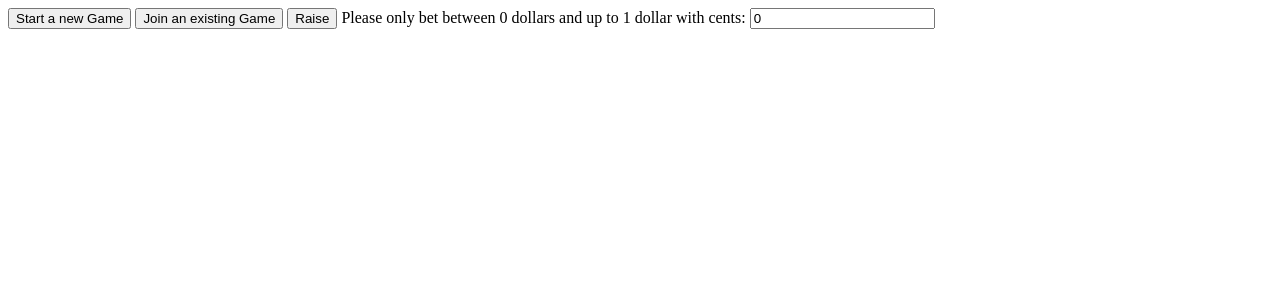
Repository: J2EEBeliever/ISA681_Poker2
Page: http://localhost/StrutsAjax/
The author's editor kept a copy of each file at every save. The page is drawn from the files as they stood at one save, then again after the next save.
The browser window is 1280 px wide. The pictures show the whole page.
The page is served by Tomcat 9. Nobody is signed in. The application's start-up code is not run. Other server files are loaded and not shown.

Above is the page before, as saved 2015-12-04 19:13:54.

### SOURCE/StrutsAjax/WebContent/index.jsp
<%@ page contentType="text/html; charset=UTF-8"%>
<%@ taglib prefix="s" uri="/struts-tags"%>
<html>
<head>
<title>Ajax in Struts</title>

<script language="javascript" type="text/javascript">

/*
 * Author: Linus Freeman
 *
 */


//Browser Support Code
function ajaxFunctionbk(){

	alert('executing ajaxFunction()');
	var ajaxRequest;  // The variable that makes Ajax possible!

	try{
		// Opera 8.0+, Firefox, Safari
		ajaxRequest = new XMLHttpRequest();
		alert('executing ajaxFunction() #10');

	} catch (e){
		// Internet Explorer Browsers

		alert('executing ajaxFunction() #20');

		try{
			ajaxRequest = new ActiveXObject("Msxml2.XMLHTTP");
		} catch (e) {
			try{
				ajaxRequest = new ActiveXObject("Microsoft.XMLHTTP");
			} catch (e){
				// Something went wrong
				alert("Your browser broke!");
				return false;
			}
		}

	}

	alert('executing ajaxFunction() #30');


	// Create a function that will receive data sent from the server
	ajaxRequest.onreadystatechange = function(){
		if(ajaxRequest.readyState == 4){
			var ajaxDisplay = document.getElementById('ajaxDiv');
			ajaxDisplay.innerHTML = ajaxRequest.responseText;
		}
	}
//	var age = document.getElementById('age').value;
//	var wpm = document.getElementById('wpm').value;
//	var sex = document.getElementById('sex').value;
//	var queryString = "?age=" + age + "&wpm=" + wpm + "&sex=" + sex;

	alert('executing ajaxFunction() #40');


var queryString = '?playerContent=yes';
	ajaxRequest.open("GET", 'ajaxLogicAction' + queryString, true);
	ajaxRequest.send(null);

	alert('executing ajaxFunction() #50');

}

</script>


<script src="js/jquery-1.6.2.js" type="text/javascript"></script>
<script type="text/javascript">

function joinGameNow(gamePlayer1UserName) {


	alert('#30 exuting javaScript Function joinGameNow(gamePlayer1UserName)');


	$.ajax({
		type : "POST",
		url : '${pageContext.request.contextPath}/joinGameNow.html?gamePlayer1UserName=' + gamePlayer1UserName ,
		success : function(response) {
			$('.result').html(response);
		}
	});

}

function playerContent() {

	alert('#10');


	$.ajax({
		type : "POST",
		url : '${pageContext.request.contextPath}/getPlayerTurn.html',
		success : function(response) {
			$('.result').html(response);
		}
	});
}

function raise() {

	alert('In method raise()');

	var betAmount_ = document.getElementById('betAmount');

	alert('betAmount = ' + betAmount_.value);

	var betAmountFloat_ = parseFloat(betAmount.value);

	if(betAmountFloat_ <0 || betAmountFloat_ > 1.00  ) {

		alert('Bet Amount muset be between 0 qne 1.00 dollers.');
		return;

	}


	$.ajax({
		type : "POST",
		url : '${pageContext.request.contextPath}/raise.html?betAmount=' + betAmountFloat_,
		success : function(response) {
			$('.result').html(response);
		}
	});

	setTimeout(playActiveGame,5000)


}


$(document).ready(function() {


	/*)
		$('#joinGameNow1').click(function() {
			$.ajax({
				type : "POST",
				url : '${pageContext.request.contextPath}/joinGameNow1.html',
				success : function(response) {
					$('.result').html(response);
				}
			});
		});
	*/

		$('#joinGameNow1').click(function() {
			$.ajax({
				type : "POST",
				url : '${pageContext.request.contextPath}/joinGameNow1.html',
				success : function(response) {
					$('.result').html(response);
				}
			});
		});



		$('#buttonJoinGame2').click(function() {
			$.ajax({
				type : "POST",
				url : '${pageContext.request.contextPath}/joinGame2.html',
				success : function(response) {
					$('.result').html(response);
				}
			});
		});


		$('#buttonNewGame').click(function() {
			$.ajax({
				type : "POST",
				url : '${pageContext.request.contextPath}/newGame.html',
				success : function(response) {
					$('.result').html(response);
				}
			});
		});


/*
		$('#buttonJoinGame').click(function() {
			$.ajax({
				type : "POST",
				url : '${pageContext.request.contextPath}/joinGame.html',
				success : function(response) {
					$('.result').html(response);
				}
			});
		});
*/

		$('#buttonHello').click(function() {
			$.ajax({
				type : "POST",
				url : '${pageContext.request.contextPath}/hello.html',
				success : function(response) {
					$('.result').html(response);
				}
			});
		});

		$('#buttonSum').click(function() {
			$.ajax({
				type : "GET",
				data : {
					a : 1,
					b : 2
				},
				url : '${pageContext.request.contextPath}/sum.html',
				success : function(response) {
					$('.result').html(response);
				}
			});
		});

		$('#buttonFind').click(function() {
			$.ajax({
				type : "GET",
				headers : {
					Accept : "application/json; charset=utf-8",
					"Content-Type" : "application/json; charset=utf-8"
				},
				url : '${pageContext.request.contextPath}/find.html',
				success : function(response) {
					var result = 'Id: ' + response.sp.id + '<br>Name: ' + response.sp.name + '<br>Price: ' + response.sp.price;
					$('.result').html(result);
				}
			});
		});

		//buttonJoinGame
		$('#buttonJoinGame').click(function() {
			$.ajax({
				type : "GET",
				headers : {
					Accept : "application/json; charset=utf-8",
					"Content-Type" : "application/json; charset=utf-8"
				},
				url : '${pageContext.request.contextPath}/joinGame.html',
				success : function(response) {
					var n = response.lu.length;
					var result = '';
					for(var i=0; i<n; i++)
						//result += '<br><a href = "${pageContext.request.contextPath}/joinGameNow.html?gameUserName="' + response.lu[i].userName + '" value = "' + response.lu[i].userName + '">';
						result += '<br>' + response.lu[i].userName + '<br>';
					$('.result').html(result);
				}
			});
		});



		$('#buttonFindAll').click(function() {
			$.ajax({
				type : "GET",
				headers : {
					Accept : "application/json; charset=utf-8",
					"Content-Type" : "application/json; charset=utf-8"
				},
				url : '${pageContext.request.contextPath}/findall.html',
				success : function(response) {
					var n = response.lp.length;
					var result = '';
					for(var i=0; i<n; i++)
						result += '<br>Id: ' + response.lp[i].id + ' - Name: ' + response.lp[i].name + ' - Price: ' + response.lp[i].price;
					$('.result').html(result);
				}
			});
		});

	});
</script>
</head>


<body onload "setTimeout(playActiveGame,5000)">

	<input type="button" value="Start a new Game" id="buttonNewGame">
	<!-- input type="button" value="Join an existing Game" id="buttonJoinGame" -->
	<input type="button" value="Join an existing Game" id="buttonJoinGame2">

	<input type="button" name = "raise" value = "Raise" id = "raise"  onclick="raise()">
	Please only bet between 0 dollars and up to 1 dollar with cents: <input type = "text" name = "betAmount"  value = "0" id = "betAmount">


	<!--   input type="button" value="Hello" id="buttonHello">
	<input type="button" value="Sum" id="buttonSum">
	<input type="button" value="Find" id="buttonFind">
	<input type="button" value="Find All" id="buttonFindAll" -->
	<br>
	<div class="result"></div><BR><BR>
	<div class="result2"></div>


</body>
</html>

Loaded but not shown: SOURCE/StrutsAjax/WebContent/js/jquery-1.6.2.js (library)

After the next save:
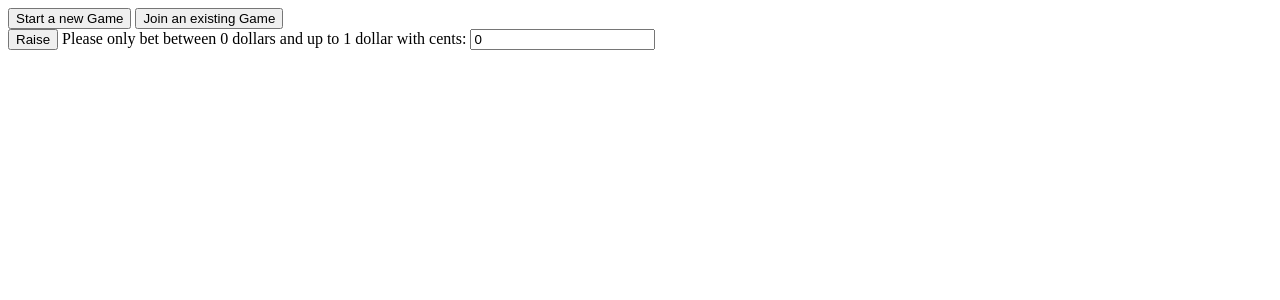
Saved 32 s later.
--- a/SOURCE/StrutsAjax/WebContent/index.jsp
+++ b/SOURCE/StrutsAjax/WebContent/index.jsp
@@ -287,7 +287,7 @@ $(document).ready(function() {
 	<!-- input type="button" value="Join an existing Game" id="buttonJoinGame" -->
 	<input type="button" value="Join an existing Game" id="buttonJoinGame2">
 
-	<input type="button" name = "raise" value = "Raise" id = "raise"  onclick="raise()">
+	<BR><input type="button" name = "raise" value = "Raise" id = "raise"  onclick="raise()">
 	Please only bet between 0 dollars and up to 1 dollar with cents: <input type = "text" name = "betAmount"  value = "0" id = "betAmount">
 
 
